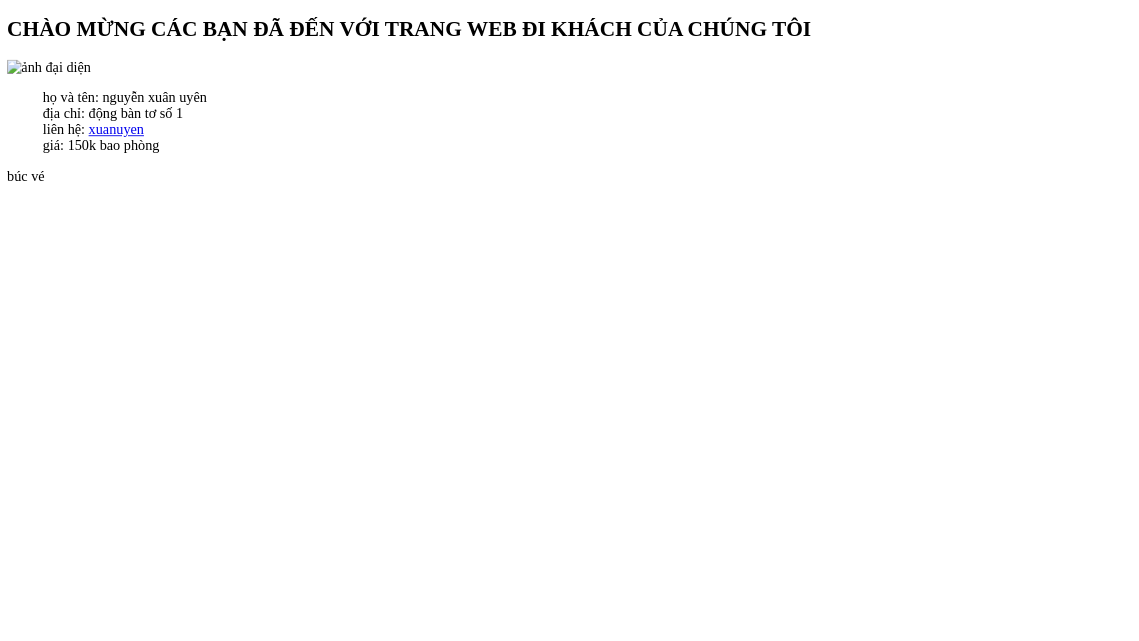
Repository: manhhieu120499/uyen
Page: index.html
An editor plug-in stored every save of this project. The page is shown before and after a run of saves, followed by the edit.
The browser window is 1280 px wide. The pictures show the whole page, at 89% of full size.

Above is the page before, as saved 2022-08-16 00:55:27.
Not found: anh.jpg
Not found: style.css

After the next 2 saves:
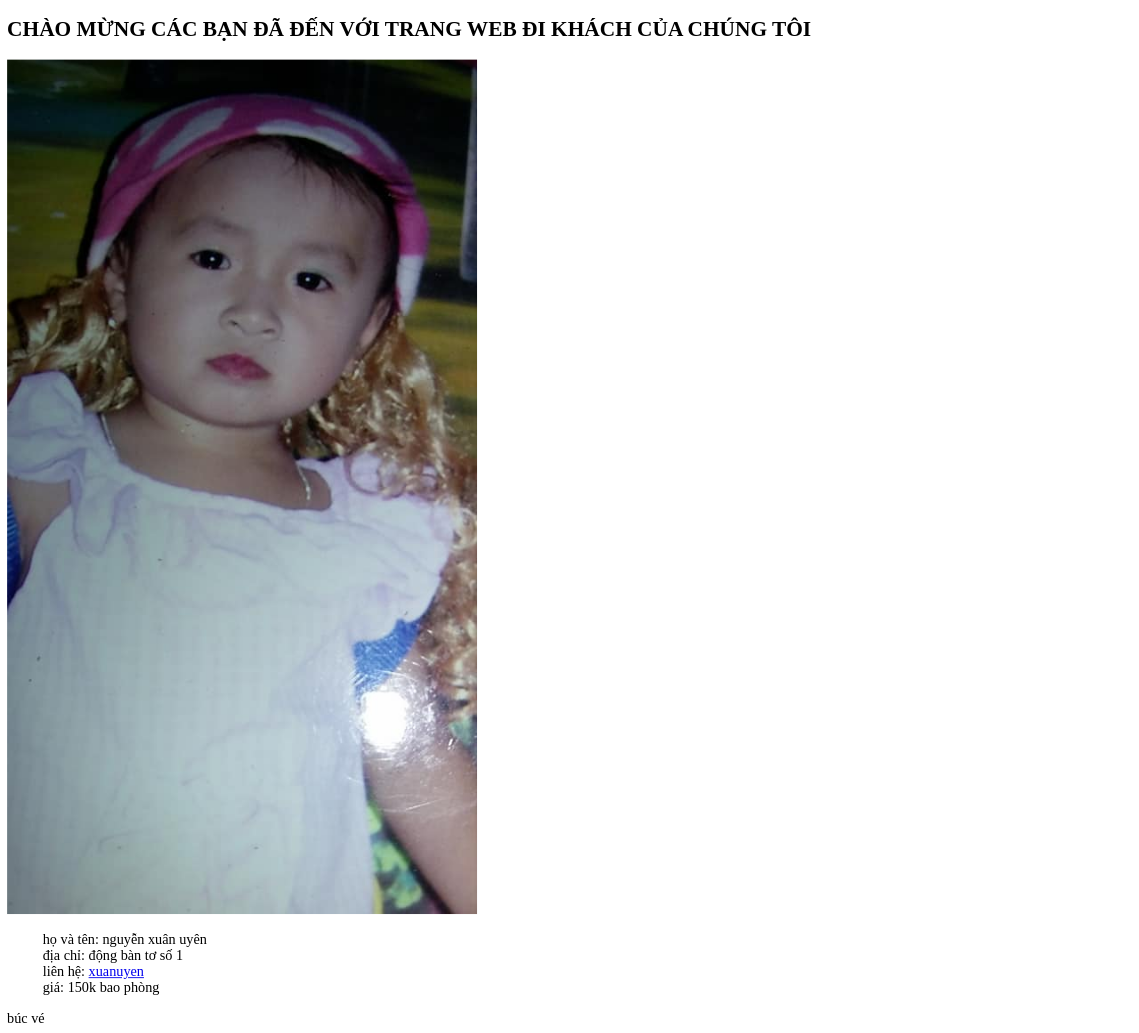
The 2 saves are shown as one change because they came seconds apart.
The last was saved 22 s later.
--- a/index.html
+++ b/index.html
@@ -10,7 +10,7 @@
 <body>
     <h2 class="header">CHÀO MỪNG CÁC BẠN ĐÃ ĐẾN VỚI TRANG WEB ĐI KHÁCH CỦA CHÚNG TÔI</h2>
     <div class="box">
-        <img src="/anh.jpg" alt="ảnh đại diện">
+        <img src="/hinh.jpg" alt="ảnh đại diện">
         <!-- <img src="/anh2.jpg" alt="ảnh đại diện 2"> -->
     </div>
     <div class="list">
